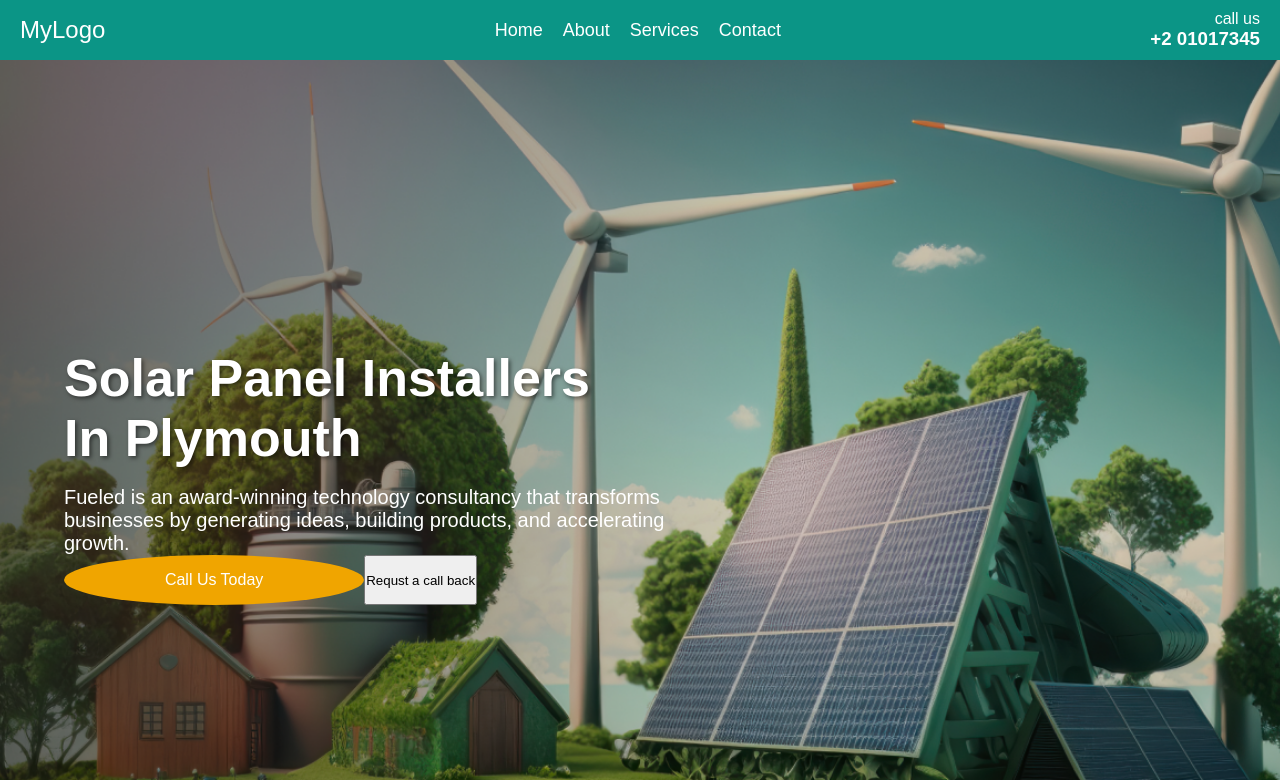
Repository: MaramNabil872/Landing-Page
Page: landingPage.html
An editor plug-in stored every save of this project. The page is shown before and after a run of saves, followed by the edit.
The browser window is 1280 px wide. The pictures show the whole page.
The pointer rests on the first visible `.button-wallpaper1`.

Above is the page before, as saved 2024-10-20 20:39:21.

### landingPage.html
<!DOCTYPE html>
<html lang="en">
    <head>
        <meta charset="UTF-8" />
        <meta name="viewport" content="width=device-width, initial-scale=1.0" />
        <title>Landing Page</title>
        <link rel="stylesheet" href="landingPage.css" />
    </head>
    <body>
        <nav class="navbar">
            <div class="logo">MyLogo</div>

            <ul class="nav-links">
                <li><a href="#home">Home</a></li>
                <li><a href="#about">About</a></li>
                <li><a href="#services">Services</a></li>
                <li><a href="#contact">Contact</a></li>
            </ul>
            <div class="call">
                <p>call us</p>
                <h3>+2 01017345</h3>
            </div>
        </nav>

        <div class="image-container">
            <img
                src="images/solar-panels-meadow 1.png"
                alt="Background Image"
                class="background-image"
            />
            <div class="main-text">
                <h2 class="text-wallpaper">
                    Solar Panel Installers <br />
                    In Plymouth
                </h2>
                <br />
                <p class="text-paragraph">
                    Fueled is an award-winning technology consultancy that
                    transforms <br />
                    businesses by generating ideas, building products, and
                    accelerating<br />
                    growth.
                </p>
                <div class="button-container">
                <button class="button-wallpaper1">Call Us Today</button>
                <button class="button-wallpaper2">Requst a call back</button>
            </div>
            </div>
        </div>
    </body>
</html>

### landingPage.css
* {
    margin: 0;
    padding: 0;
    box-sizing: border-box; /* Added for consistent sizing */
}

body {
    font-family: Arial, sans-serif;
}

.navbar {
    background-color: #0b9586;
    display: flex;
    justify-content: space-between;
    align-items: center;
    padding: 10px 20px;
    position: relative;
    flex-wrap: wrap; /* Allow items to wrap on smaller screens */
}

.logo {
    color: #fff;
    font-size: 24px;
}

.nav-links {
    list-style: none;
    display: flex;
    flex-wrap: wrap; /* Allow links to wrap on smaller screens */
}

.nav-links li {
    margin-left: 20px;
}

.nav-links a {
    text-decoration: none;
    color: white;
    font-size: 18px;
    transition: color 0.3s;
}

.nav-links a:hover {
    color: #f0a500;
}

.call {
    color: #fff;
    text-align: right; /* Align text to the right */
}

.image-container {
    position: relative;
    width: 100%;
    height: 100vh; /* Full screen height */
    overflow: hidden; /* Hide overflow */
}

.background-image {
    width: 100%;
    height: 100%;
    object-fit: cover; /* Ensure the image covers the entire container */
}
.main-text{
    position: absolute;
    top: 40%;
    left:5%;
}
.text-wallpaper {


    color: white;
    font-size: 52px;
    font-weight: bold;
    text-shadow: 2px 2px 4px rgba(0, 0, 0, 0.5);
}
.text-paragraph{
    color: white;
    font-size:  20px;

}
.button-container{
    display: flex;
}
.button-wallpaper1 {
    background-color: #0b9586; /* Background color */
    color: white; /* Text color */
    border: none; /* No border */
    border-radius: 50%; /* Make it round */
    width: 50%; /* Width of the button */
    height: 50px; /* Height of the button */
    font-size: 16px; /* Font size */
    cursor: pointer; /* Change cursor to pointer on hover */
    display: flex; /* Use flexbox to center text */
    align-items: center; /* Center vertically */
    justify-content: center; /* Center horizontally */
    transition: background-color 0.3s; /* Smooth background color change */
}

.button-wallpaper1:hover {
    background-color: #f0a500; /* Change background color on hover */
}
/* Media Queries for Responsiveness */
@media (max-width: 768px) {
    .navbar {
        flex-direction: column; /* Stack items vertically */
        align-items: flex-start; /* Align items to the left */
    }

    .nav-links {
        margin-top: 10px; /* Space between navbar and links */
    }

    .nav-links li {
        margin-left: 0;
        margin-bottom: 10px; /* Space between links */
    }

    .text-overlay {
        font-size: 1.5rem; /* Smaller text size for mobile */
    }
}

@media (max-width: 480px) {
    .text-overlay {
        font-size: 1.2rem; /* Even smaller text size for very small screens */
    }

    .call h3 {
        font-size: 1.2rem; /* Adjust call size for small screens */
    }
}

After the next 2 saves:
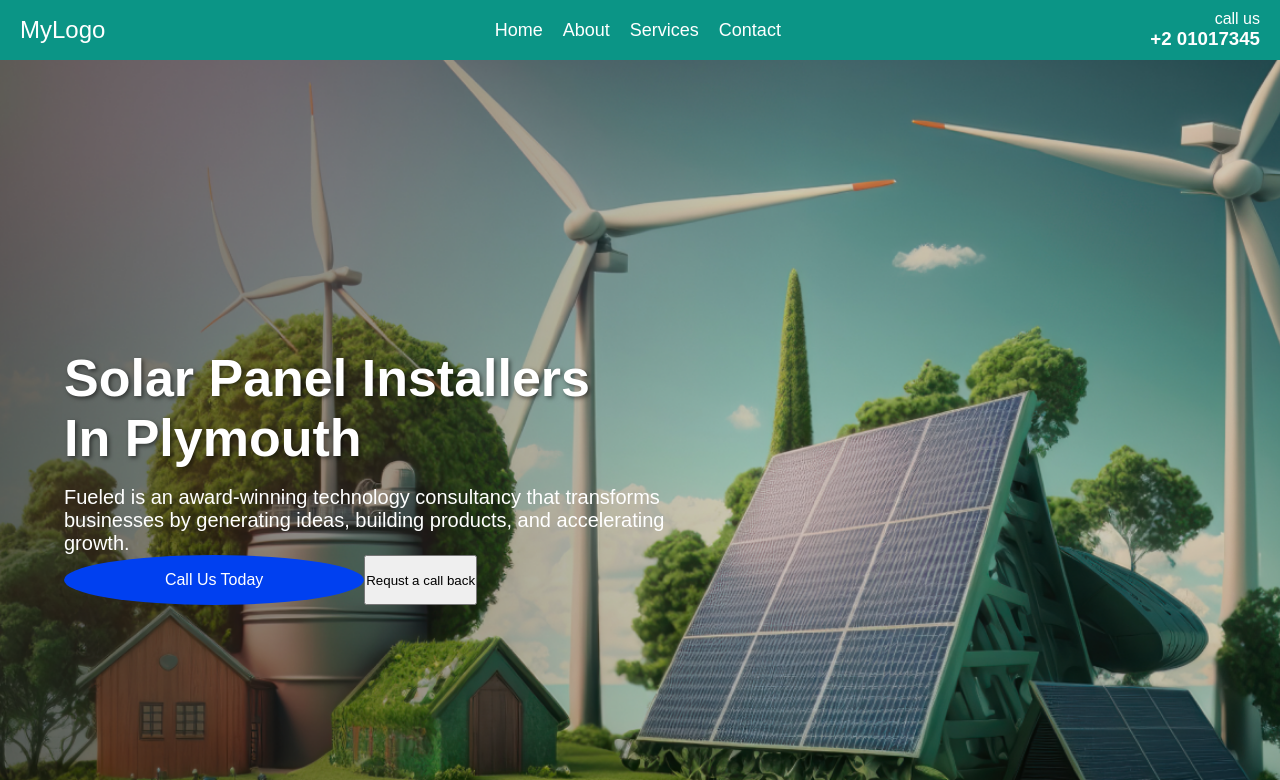
The 2 saves are shown as one change because they came seconds apart.
The last was saved 29 s later.
--- a/landingPage.css
+++ b/landingPage.css
@@ -98,7 +98,7 @@ body {
 }
 
 .button-wallpaper1:hover {
-    background-color: #f0a500; /* Change background color on hover */
+    background-color: #0040f0; /* Change background color on hover */
 }
 /* Media Queries for Responsiveness */
 @media (max-width: 768px) {
